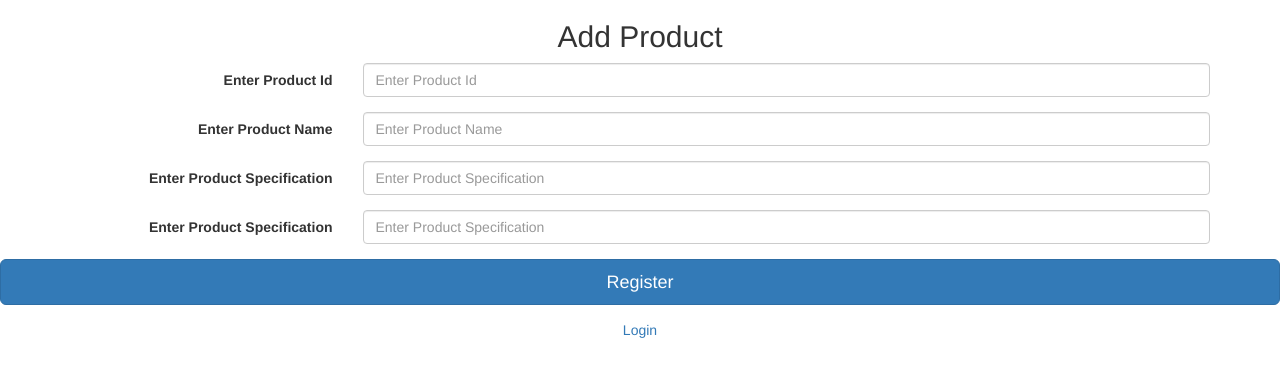
Repository: sagarbagdure01/ElectronicsWorld
Page: http://localhost/electronicsworld/WEB-INF/views/AddProduct.jsp
The author's editor kept a copy of each file at every save. The page is drawn from the files as they stood at one save, then again after the next save.
The browser window is 1280 px wide. The pictures show the whole page.
Some web libraries are served in a nearby version. The page is served by Tomcat 9. Nobody is signed in. Other server files are loaded and not shown. The template is opened directly, without the code that normally fills it, so the values that code supplies are empty.

Above is the page before, as saved 2017-05-30 06:42:52.

### electronicsworld/src/main/webapp/WEB-INF/views/AddProduct.jsp
<%@ page language="java" contentType="text/html; charset=ISO-8859-1"
	pageEncoding="ISO-8859-1"%>
<%@ taglib prefix="form" uri="http://www.springframework.org/tags/form"%>
<%@ taglib uri="http://www.springframework.org/tags" prefix="url"%>
<!DOCTYPE html PUBLIC "-//W3C//DTD HTML 4.01 Transitional//EN" "http://www.w3.org/TR/html4/loose.dtd">
<html>
<head>
<meta http-equiv="Content-Type" content="text/html; charset=ISO-8859-1">
<title>Insert title here</title>
<meta charset="utf-8">
<meta name="viewport" content="width=device-width, initial-scale=1">
<link rel="stylesheet"
	href="https://maxcdn.bootstrapcdn.com/bootstrap/3.3.7/css/bootstrap.min.css">
<script
	src="https://ajax.googleapis.com/ajax/libs/jquery/3.2.1/jquery.min.js"></script>
<script
	src="https://maxcdn.bootstrapcdn.com/bootstrap/3.3.7/js/bootstrap.min.js"></script>
</head>
<body>
	<center>
		<url:url value="/saveproduct" var="url"></url:url>

		<div class="container">
			<form:form class="form-horizontal" role="form" action="${url }"
				modelAttribute="product">
				<h2>Add Product</h2>
				<div class="form-group">
					<label for="email" class="col-sm-3 control-label">Enter
						Product Id</label>
					<div class="col-sm-9">
						<form:input type="email" path="pid" id="email"
							placeholder="Enter Product Id" class="form-control" />
					</div>
				</div>
			</form:form>
		</div>
		<div class="container">
			<form:form class="form-horizontal" role="form" action="${url }"
				modelAttribute="product">

				<div class="form-group">
					<label for="email" class="col-sm-3 control-label">Enter
						Product Name</label>
					<div class="col-sm-9">
						<form:input type="email" path="pname" id="email"
							placeholder="Enter Product Name" class="form-control" />
					</div>
				</div>
			</form:form>
		</div>
			<div class="container">
			<form:form class="form-horizontal" role="form" action="${url }"
				modelAttribute="product">

				<div class="form-group">
					<label for="email" class="col-sm-3 control-label">Enter
						Product Specification</label>
					<div class="col-sm-9">
						<form:input type="email" path="pspecification" id="email"
							placeholder="Enter Product Specification" class="form-control" />
					</div>
				</div>
			</form:form>
		</div>
		<div class="container">
			<form:form class="form-horizontal" role="form" action="${url }"
				modelAttribute="product">

				<div class="form-group">
					<label for="email" class="col-sm-3 control-label">Enter
						Product Specification</label>
					<div class="col-sm-9">
						<form:input type="email" path="pspecification" id="email"
							placeholder="Enter Product Specification" class="form-control" />
					</div>
				</div>
			</form:form>
		</div>
				<div class="form-group ">
							<button type="button" class="btn btn-primary btn-lg btn-block login-button">Register</button>
						</div>
						<div class="login-register">
				            <a href="#">Login</a>
				         </div>
	</center>
</body>
</html>

After the next save:
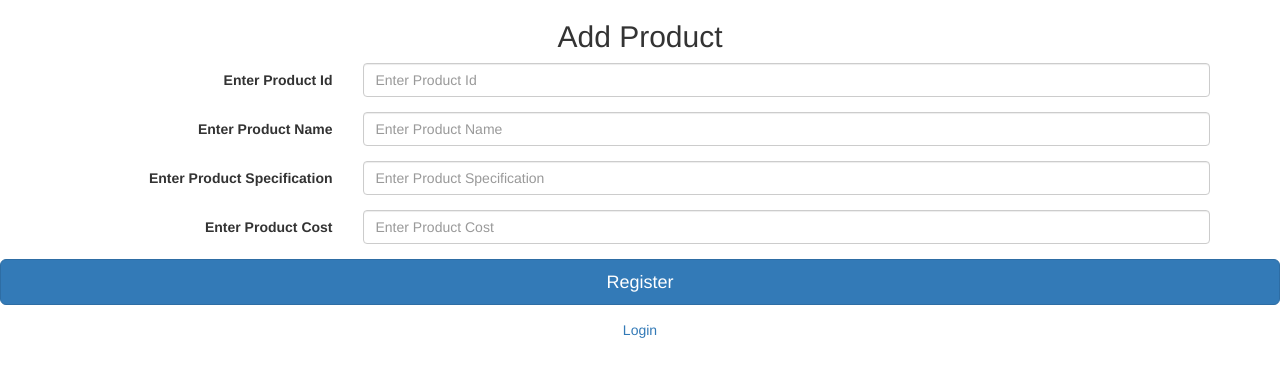
Saved 92 s later.
--- a/electronicsworld/src/main/webapp/WEB-INF/views/AddProduct.jsp
+++ b/electronicsworld/src/main/webapp/WEB-INF/views/AddProduct.jsp
@@ -68,10 +68,10 @@
 
 				<div class="form-group">
 					<label for="email" class="col-sm-3 control-label">Enter
-						Product Specification</label>
+						Product Cost</label>
 					<div class="col-sm-9">
 						<form:input type="email" path="pspecification" id="email"
-							placeholder="Enter Product Specification" class="form-control" />
+							placeholder="Enter Product Cost" class="form-control" />
 					</div>
 				</div>
 			</form:form>
